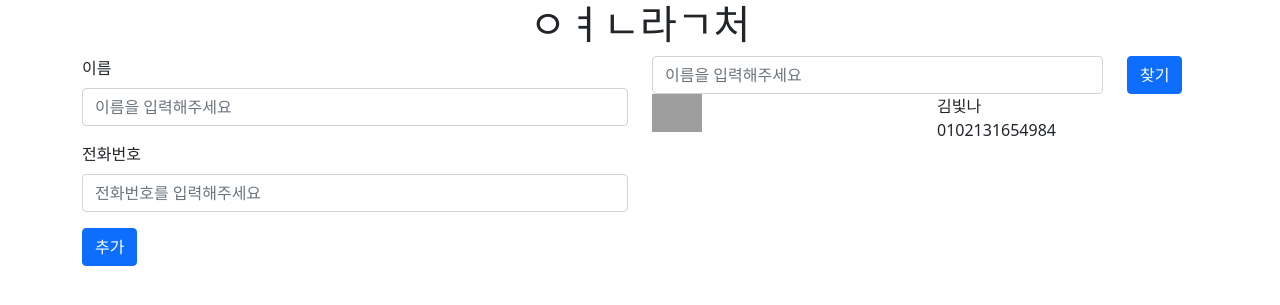
Repository: woojinShim/Noona
Page: / (app in noona-phonebook/)
These files come from the project's save history. The page is drawn as it stood at one moment and after the next save; the edit follows.
The browser window is 1280 px wide. The pictures show the whole page.
Pictures or frames that could not be fetched are drawn as grey boxes. The project was rebuilt for these pictures with package versions that can differ from the ones it lists, and the page was loaded fresh each time.

Above is the page before, as saved 2022-06-25 22:41:07.

After the next save:
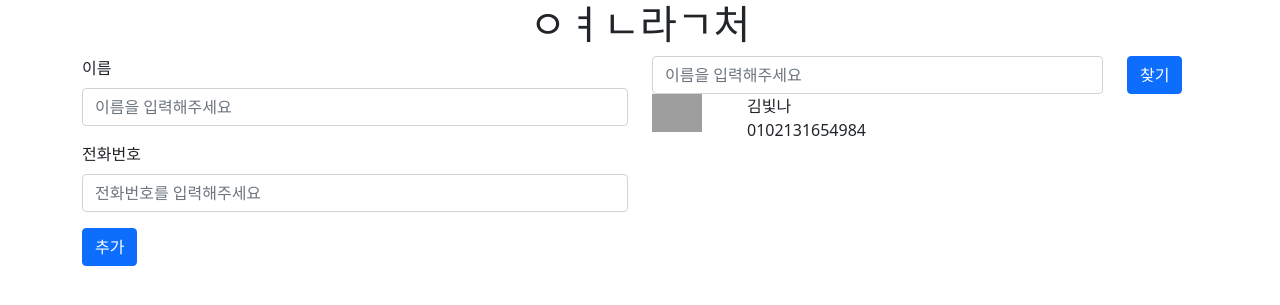
Saved 46 s later.
--- a/noona-phonebook/src/components/ContactItem.js
+++ b/noona-phonebook/src/components/ContactItem.js
@@ -4,7 +4,7 @@ import { Form, Row, Col, Button } from "react-bootstrap";
 export const ContactItem = () => {
   return (
     <Row>
-      <Col>
+      <Col lg={2}>
         <img
           width={50}
           src="https://upload.wikimedia.org/wikipedia/commons/thumb/b/bc/Unknown_person.jpg/925px-Unknown_person.jpg"
